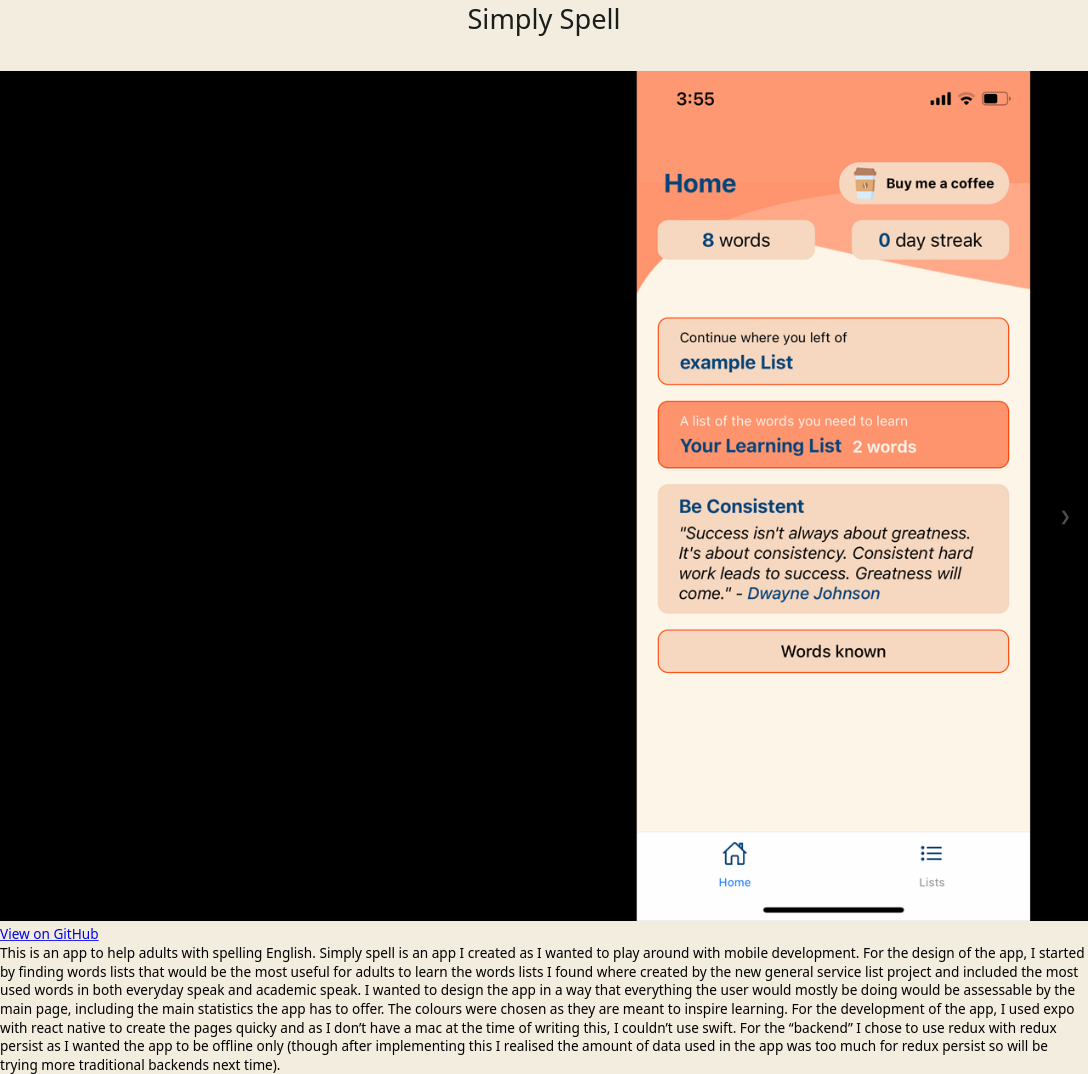
Repository: David-Waite/simpleespellwebsite
Page: /
The author's editor kept a copy of each file at every save. The page is drawn from the files as they stood at one save, then again after the next save.
The browser window is 1280 px wide. The pictures show the whole page, at 85% of full size.
The project was rebuilt for these pictures with package versions that can differ from the ones it lists, and the page was loaded fresh each time.

Above is the page before, as saved 2023-07-27 19:06:04.

After the next save:
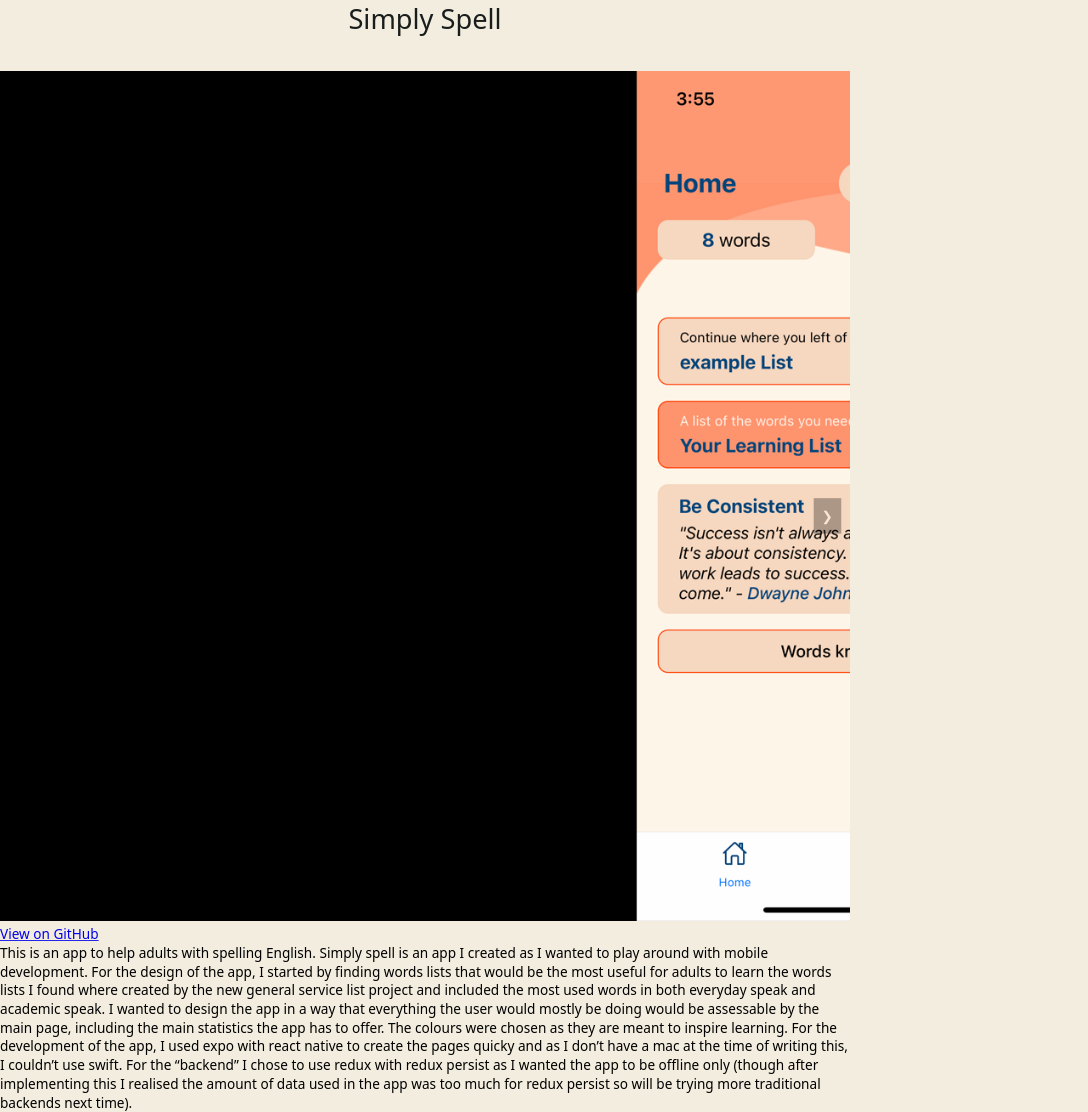
Saved 11 s later.
--- a/src/index.css
+++ b/src/index.css
@@ -7,6 +7,10 @@
 
 body {
   background-color: #f3eddf;
+}
+
+.container {
+  max-width: 1000px;
 }
 
 h1 {
